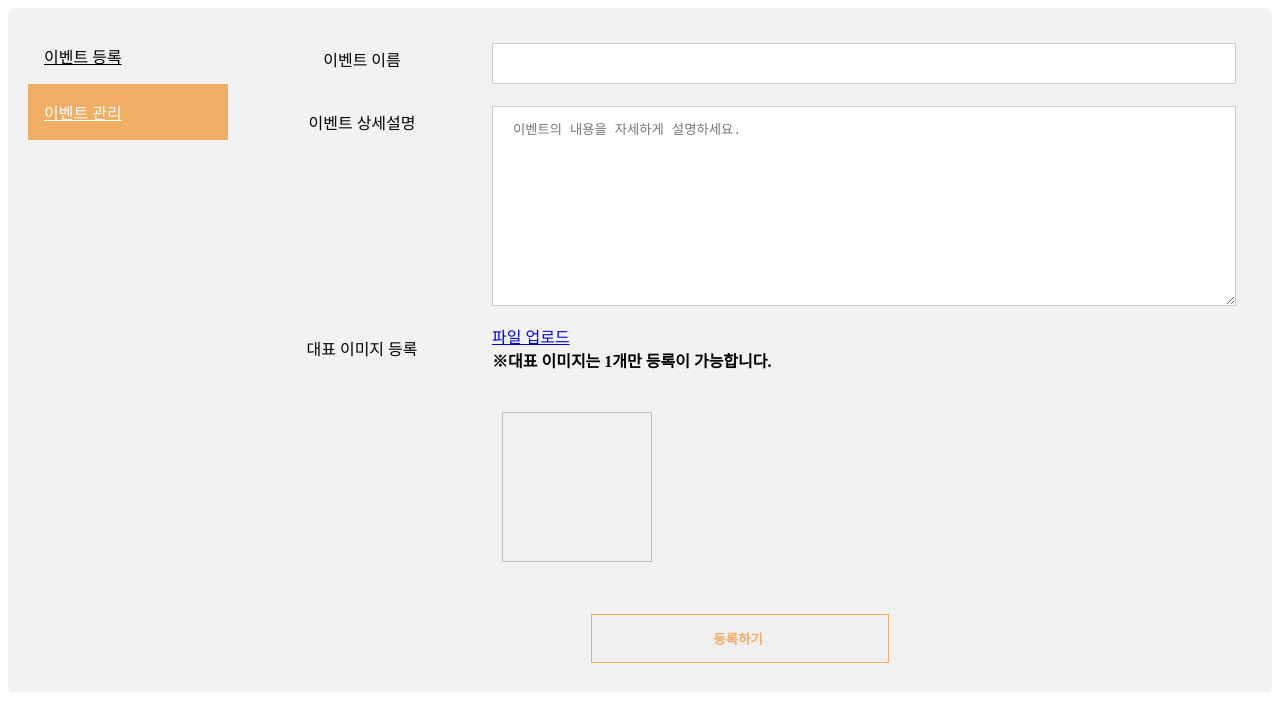
Repository: kdw0937/UdongProject
Page: http://localhost/matjib2/jsp/event_modify.jsp
The author's editor kept a copy of each file at every save. The page is drawn from the files as they stood at one save, then again after the next save.
The browser window is 1280 px wide. The pictures show the whole page.
The page is served by Tomcat 9. Other server files are loaded and not shown. The template is opened directly, without the code that normally fills it, so the values that code supplies are empty.

Above is the page before, as saved 2021-01-21 15:58:05.
Console error: ReferenceError: alter is not defined

### matjib2/src/main/webapp/jsp/event_modify.jsp
 <%@ page language="java" contentType="text/html; charset=EUC-KR"
   pageEncoding="EUC-KR"%>
<!DOCTYPE html>
<html>
<head>
<meta name="viewport" content="width=device-width, initial-scale=1">
<link rel="stylesheet" type="text/css"
   href="${pageContext.request.contextPath}/css/store_regist.css">
<!-- <script src="https://code.jquery.com/jquery-3.4.1.min.js"></script> -->

<meta charset="EUC-KR">
<title>Store_Regist</title>
<script type="text/javascript" src="resources/js/jquery-3.5.1.min.js"
   charset="utf-8"></script>
<script type="text/javascript">
   /* 대표사진 */
   var sel_files = [];

   $(document).ready(function() {
      $("#thumbnail").on("change", handleImgFileSelect1);
   });
   alter("test1")
   function fileUploadAction2() {
      console.log("fileUploadAction2");
      $("#thumbnail").trigger('click');
   }

   function handleImgFileSelect1(e) {

      // 이미지 정보들을 초기화
      sel_files = [];
      $(".imgs_wrap2").empty();

      var files = e.target.files;
      var filesArr = Array.prototype.slice.call(files);

      var index = 0;
      filesArr
            .forEach(function(f) {
            /*    if (!f.type.match("image.*")) {
                  alert("확장자는 이미지 확장자만 가능합니다.");
                  return;
               } */

               sel_files.push(f);

               var reader = new FileReader();
               reader.onload = function(e) {
                  var html = "<a href=\"javascript:void(0);\" onclick=\"deleteImageAction2("
                        + index
                        + ")\" id=\"test"
                        + index
                        + "\"><img src=\"" + e.target.result + "\" data-file='"+f.name+"' class='selProductFile' title='Click to remove'></a>";
                  $(".imgs_wrap2").append(html);
                  index++;

               }
               reader.readAsDataURL(f);

            });
   }

   /* <!-- 미리보기 특정 이미지 삭제--> */
   function deleteImageAction2(index) {
      console.log("index : " + index);
      console.log("sel length : " + sel_files.length);

      sel_files.splice(index, 1);

      var img_id = "#test" + index;
      $(img_id).remove();
   }

   function fileUploadAction2() {
      console.log("fileUploadAction2");
      $("#thumbnail").trigger('click');
   }
</script>
</head>
<body>
   <div class="store_container">
      <form action="../event/update.html" method="post"
         enctype="multipart/form-data" id="fileupload" name="form">
<!-- 업체등록이 완료된 경우에는 첫페이지가 관리페이지로 가야함 -->
         <div class="sidebar">
            <a class="#" href="../main/event1.html">이벤트 등록</a>
            <a class="active" href="#home">이벤트 관리</a>
         </div>


         <div class="content">
			<input type="hidden" id="event_no" name="event_no" value="${event_NO }">
            <div class="row">
               <div class="col-25">
                  <label for="event_title">이벤트 이름  </label>
               </div>
               <div class="col-75">
                  <input type="text" id="event_title" name="event_title"
                    >
               </div>
            </div>

            <div class="row">
               <div class="col-25">
                  <label for="event_context">이벤트 상세설명 </label>
               </div>
               <div class="col-75">
                  <textarea id="event_context" name="event_context"
                     placeholder="이벤트의 내용을 자세하게 설명하세요."
                     style="height: 200px"></textarea>
               </div>
            </div>
            <!-- 대표이미지 등록 -->
            <div class="row">
               <div class="col-25">
                  <label for="thumbnail">대표 이미지 등록 </label>
               </div>

               <div class="col-75" id="image_container">
                  <div class="input_wrap">
                     <a href="javascript:" onclick="fileUploadAction2();"
                        class="btn">파일 업로드</a><br/>
                        <strong>※대표 이미지는 1개만 등록이 가능합니다.</strong>
                        <input type="file" id="thumbnail" name="thumbnail" style="display:none"/>
                  </div>
                  <!-- 미리보기  -->
                  <div>
                     <div class="imgs_wrap2">
                        <img id="img" />
                     </div>
                  </div>

               </div>
            </div>

            <div class="store_bottom">
               <input type="submit" value="등록하기 ">
            </div>
         </div>
      </form>

      <!--    <form id="fileForm" method="post" enctype="multipart/form-data">
            <input type="file" name="file" multiple/>
         </form> -->
   </div>
</body>
</html>

### matjib2/src/main/webapp/css/store_regist.css
@charset "EUC-KR";


* {
  box-sizing: border-box;
}

/* <!-- 파일 업로드 --> */

	 .input_wrap input[type=file] {
            display: none;
        }

        .my_button {
            display: inline-block;
            width: 200px;
            text-align: center;
            padding: 10px;
            background-color: #006BCC;
            color: #fff;
            text-decoration: none;
            border-radius: 5px;
        }
        .imgs_wrap {

            margin-top: 30px;
            margin-bottom: 30px;
            padding-top: 10px;
            padding-bottom: 10px;

        }

        .imgs_wrap img {
        	width:150px;
        	height:150px;
            max-width: 150px;
            margin-left: 10px;
            margin-right: 10px;
        }

        .imgs_wrap2{
        	margin-top: 30px;
            margin-bottom: 30px;
            padding-top: 10px;
            padding-bottom: 10px;
        }

        .imgs_wrap2 img{
 	        width:150px;
        	height:150px;
            max-width: 150px;
            margin-left: 10px;
            margin-right: 10px;
        }



input[type=text], select, textarea {
  width: 100%;
  padding: 12px 20px;
  margin: 8px 0;
  display: inline-block;
  border: 1px solid #ccc;
  box-sizing: border-box;
}
input[type=password], select, textarea {
  width: 100%;
  padding: 12px 20px;
  margin: 8px 0;
  display: inline-block;
  border: 1px solid #ccc;
  box-sizing: border-box;
}
.sidebar {
  margin: 0;
  padding: 0;
  width: 200px;
  background-color: #f1f1f1;
  height: 100%;
  overflow: auto;
  float:left;
}

.sidebar a {
  display: block;
  color: black;
  padding: 16px;
  /* text-decoration: none; */
}

.sidebar a {
   /* float: left; */
}

.sidebar a.active {
  background-color: #f0ad64;
  color: white;
}

.sidebar a:hover:not(.active) {
  background-color: #555;
  color: white;
}

div.content {
  margin-left: 200px;
  padding: 1px 16px;
  /* height: 1000px; */
}
div.secession_content{
	margin-left :200px;
	padding: 1px 16px;
	height:100px;
}

@media screen and (max-width: 700px) {
  .sidebar {
    width: 100%;
    height: auto;
    position: relative;
  }
  .sidebar a {float: left;}
  div.content {margin-left: 0;}
  div.secession_content{margin-left: 0;}
}

@media screen and (max-width: 400px) {
  .sidebar a {
    text-align: center;
    float: none;
  }
}
label {
  padding: 12px 12px 12px 0;
  display: inline-block;
}

.store_bottom{
   text-align:center;
}

.store_bottom input[type=submit] {

  color: white;
  padding: 14px 20px;
  margin: 8px 0;
  border:1px solid #f0ad64;
  color:#f0ad64;
  font-weight:bold;
  cursor: pointer;
  width: 30%;
}

.store_bottom input[type=submit]:hover {
  opacity: 0.8;
  background:#f0ad64;
  color:#fff;
}

.store_container {
  border-radius: 5px;
  background-color: #f2f2f2;
  padding: 20px;
}

.col-25 {
  float: left;
  width: 25%;
  margin-top: 6px;
  text-align:center;
}

.col-75 {
  float: left;
  width: 75%;
  margin-top: 6px;
}

/* Clear floats after the columns */
.row:after {
  content: "";
  display: table;
  /* clear: both; */
}

/* Responsive layout - when the screen is less than 600px wide, make the two columns stack on top of each other instead of next to each other */
@media screen and (max-width: 600px) {
  .col-25, .col-75, input[type=submit] {
    width: 100%;
    margin-top: 0;
  }
}

Loaded but not shown: matjib2/src/main/webapp/js/jquery-3.5.1.min.js (library)

After the next save:
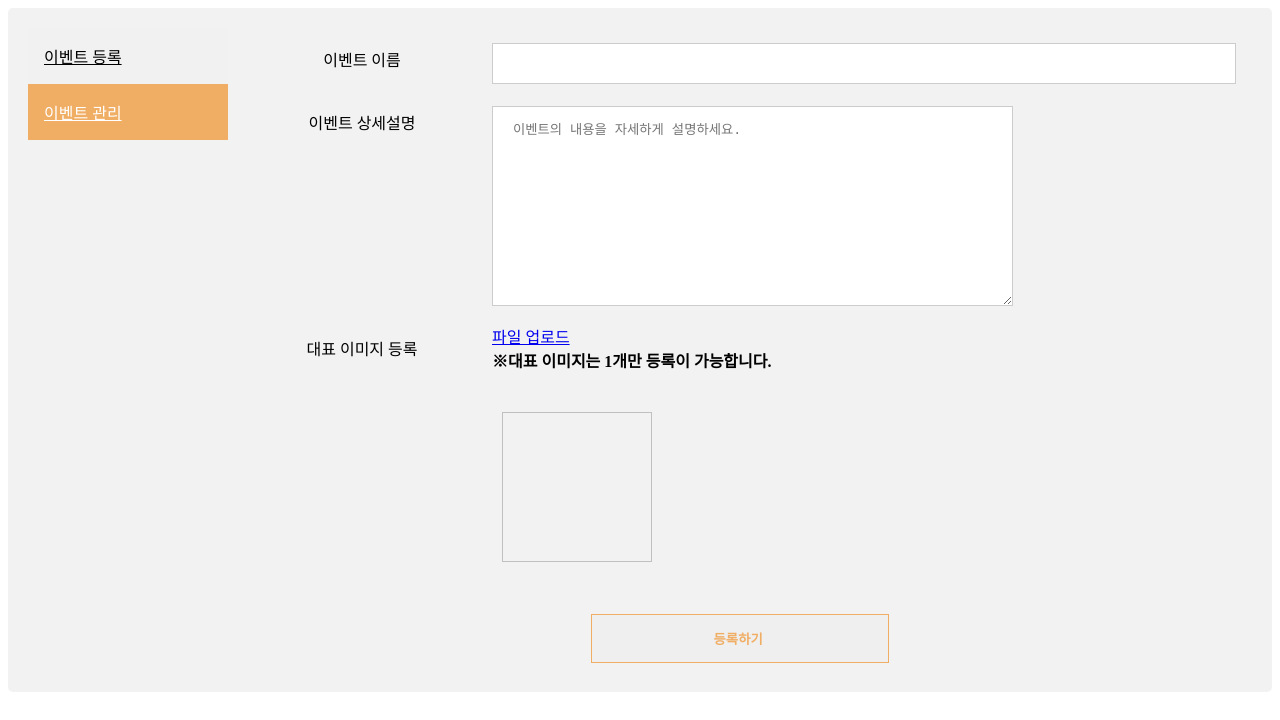
Saved 10 s later.
--- a/matjib2/src/main/webapp/css/store_regist.css
+++ b/matjib2/src/main/webapp/css/store_regist.css
@@ -64,7 +64,7 @@ input[type=text], select, textarea {
   box-sizing: border-box;
 }
 input[type=password], select, textarea {
-  width: 100%;
+  width: 70%;
   padding: 12px 20px;
   margin: 8px 0;
   display: inline-block;
